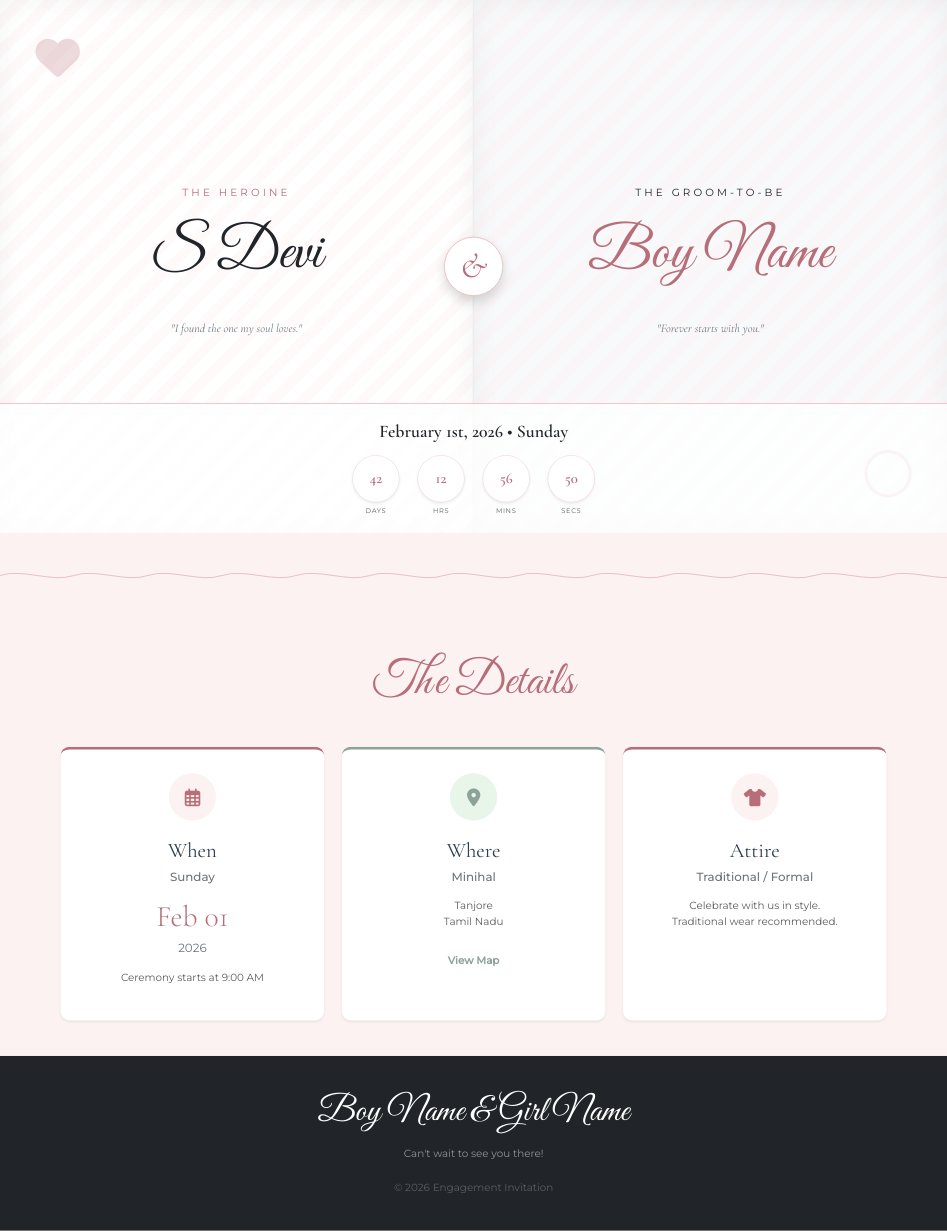
Repository: Eswar2585/Invitation
Page: index.html
An editor plug-in stored every save of this project. The page is shown before and after the next save, followed by the edit.
The browser window is 1280 px wide. The pictures show the whole page, at 74% of full size.

Above is the page before, as saved 2025-12-20 20:06:34.

### index.html
<!DOCTYPE html>
<html lang="en">
<head>
    <meta charset="UTF-8">
    <meta name="viewport" content="width=device-width, initial-scale=1.0">
    <title>Boy Name & Girl Name | Engagement Invitation</title>

    <!-- Bootstrap 5 CSS -->
    <link href="https://cdn.jsdelivr.net/npm/bootstrap@5.3.0/dist/css/bootstrap.min.css" rel="stylesheet">

    <!-- Font Awesome (for Icons) -->
    <link href="https://cdnjs.cloudflare.com/ajax/libs/font-awesome/6.0.0/css/all.min.css" rel="stylesheet">

    <!-- Google Fonts -->
    <link rel="preconnect" href="https://fonts.googleapis.com">
    <link rel="preconnect" href="https://fonts.gstatic.com" crossorigin>
    <link href="https://fonts.googleapis.com/css2?family=Cormorant+Garamond:ital,wght@0,300;0,400;0,600;1,400&family=Great+Vibes&family=Montserrat:wght@300;400;500&display=swap" rel="stylesheet">

    <link rel="stylesheet" href="style.css">
</head>
<body>

    <!-- Envelope Overlay -->
    <div id="envelopeOverlay" class="envelope-overlay">
        <div class="envelope-wrapper">
            <!-- Body -->
            <div class="envelope-body"></div>

            <!-- Letter -->
            <div id="letterPreview" class="letter-preview">
                <div class="letter-border">
                    <p class="font-sans text-muted text-uppercase small tracking-wide mb-1" style="letter-spacing: 0.2em; font-size: 10px;">Invitation</p>
                    <h2 class="font-script text-rose-gold m-0" style="font-size: 2rem; color: #B76E79;">S Devi</h2>
                    <span class="font-serif text-dark small">&</span>
                    <h2 class="font-script text-rose-gold m-0" style="font-size: 2rem; color: #B76E79;">S Rahul</h2>
                </div>
            </div>

            <!-- Flap -->
            <div id="envelopeFlap" class="envelope-flap"></div>

            <!-- Pocket -->
            <div class="envelope-pocket"></div>

            <!-- Ribbon -->
            <div id="ribbonVertical" class="ribbon-vertical"></div>

            <!-- Bow -->
            <div id="bowContainer" class="bow-container">
               <div class="bow-loop loop-left"></div>
               <div class="bow-knot"></div>
               <div class="bow-loop loop-right"></div>
            </div>
        </div>
    </div>

    <!-- Main Content -->
    <div id="mainContent" class="main-content">

        <!-- Split Screen Hero (50/50 Force) -->
        <div class="container-fluid p-0">
            <div class="row g-0 min-vh-100 position-relative w-100 m-0">

                <!-- Left Col - Girl Name -->
                <div class="col-6 bg-white paper-texture shadow-seam d-flex flex-column justify-content-center align-items-center text-center p-2 p-md-5 border-end animate-open-left position-relative z-1">
                    <div class="position-absolute top-0 start-0 p-3 p-md-5 opacity-25">
                        <i class="fas fa-heart text-rose-gold icon-size"></i>
                    </div>
                    <p class="title-text font-sans text-rose-gold text-uppercase small mb-2 mb-md-4" style="letter-spacing: 0.3em;">The Heroine </p>
                    <h1 class="name-text font-script text-dark mb-2 mb-md-4" style="z-index: 10; position: relative;">S Devi</h1>
                    <p class="quote-text font-serif fst-italic text-secondary mt-2 mt-md-3">"I found the one my soul loves."</p>
                </div>

                <!-- Center Ampersand -->
                <div class="ampersand-box position-absolute top-50 start-50 translate-middle z-3 bg-white rounded-circle shadow border border-danger-subtle d-flex align-items-center justify-content-center" style="width: 80px; height: 80px;">
                    <span class="ampersand-text font-serif fst-italic display-5 text-rose-gold">&</span>
                </div>

                <!-- Right Col - Boy Name -->
                <div class="col-6 bg-light paper-texture shadow-seam d-flex flex-column justify-content-center align-items-center text-center p-2 p-md-5 animate-open-right position-relative z-1">
                    <div class="position-absolute bottom-0 end-0 p-3 p-md-5 opacity-25">
                       <div class="ring-container border border-4 border-danger rounded-circle" style="border-color: #B76E79 !important;"></div>
                    </div>
                    <p class="title-text font-sans text-dark text-uppercase small mb-2 mb-md-4" style="letter-spacing: 0.3em;">The Groom-to-be</p>
                    <h1 class="name-text font-script text-rose-gold mb-2 mb-md-4" style="z-index: 10; position: relative;">Boy Name</h1>
                    <p class="quote-text font-serif fst-italic text-secondary mt-2 mt-md-3">"Forever starts with you."</p>
                </div>

                <!-- Bottom Countdown Overlay -->
                <div class="position-absolute bottom-0 start-0 w-100 z-3 bg-white bg-opacity-75 border-top border-danger-subtle py-4 backdrop-blur">
                    <div class="container text-center">
                        <p class="font-serif h4 text-dark fw-bold mb-3">February 1st, 2026 &bull; Sunday</p>
                        <div class="d-flex justify-content-center gap-3 gap-md-4" id="countdownContainer">
                            <!-- Countdown items injected by JS -->
                        </div>
                    </div>
                </div>

            </div>
        </div>

        <!-- Divider -->
        <div class="py-5" style="background-color: var(--soft-pink);">
            <div class="flower-divider"></div>
        </div>

        <!-- Details Section -->
        <section class="py-5 container" style="background-color: var(--soft-pink);">
            <h2 class="font-script display-3 text-center text-rose-gold mb-5">The Details</h2>

            <div class="row g-4 justify-content-center">
                <!-- When -->
                <div class="col-md-4">
                    <div class="details-card text-center h-100">
                        <div class="details-icon">
                            <i class="far fa-calendar-alt"></i>
                        </div>
                        <h3 class="font-serif h3 mb-2">When</h3>
                        <p class="font-sans text-secondary fw-medium">Sunday</p>
                        <p class="font-serif display-6 text-rose-gold my-2">Feb 01</p>
                        <p class="font-sans text-secondary">2026</p>
                        <p class="font-sans small text-muted mt-3">Ceremony starts at 9:00 AM</p>
                    </div>
                </div>

                <!-- Where -->
                <div class="col-md-4">
                    <div class="details-card text-center h-100" style="border-top-color: var(--sage);">
                        <div class="details-icon" style="color: var(--sage); background-color: #e8f5e9;">
                            <i class="fas fa-map-marker-alt"></i>
                        </div>
                        <h3 class="font-serif h3 mb-2">Where</h3>
                        <p class="font-sans text-secondary fw-medium">Minihal</p>
                        <p class="font-sans text-muted mt-2 small">
                            Tanjore<br/>
                            Tamil Nadu
                        </p>
                        <a href="#" class="d-inline-block mt-3 text-decoration-none fw-bold" style="color: var(--sage); font-size: 0.875rem;">View Map</a>
                    </div>
                </div>

                <!-- Attire -->
                <div class="col-md-4">
                    <div class="details-card text-center h-100">
                        <div class="details-icon">
                            <i class="fas fa-tshirt"></i>
                        </div>
                        <h3 class="font-serif h3 mb-2">Attire</h3>
                        <p class="font-sans text-secondary fw-medium">Traditional / Formal</p>
                        <p class="font-sans text-muted mt-2 small">
                            Celebrate with us in style.<br/>
                            Traditional wear recommended.
                        </p>
                    </div>
                </div>
            </div>
        </section>

        <!-- Footer -->
        <footer class="bg-dark text-white py-5 text-center">
            <h2 class="font-script display-5 mb-3">Boy Name & Girl Name</h2>
            <p class="font-sans small opacity-50">Can't wait to see you there!</p>
            <div class="mt-4 small opacity-25">
                &copy; 2026 Engagement Invitation
            </div>
        </footer>
    </div>

    <!-- JavaScript Logic -->
 <script src="script.js"></script>
</body>
</html>

### style.css
    :root {
            --rose-gold: #B76E79;
            --soft-pink: #FDF2F2;
            --charcoal: #2C3E50;
            --sage: #8DA399;
            --envelope-body: #fceeee;
            --envelope-flap: #eecbcb;
        }

        body {
            margin: 0;
            padding: 0;
            width: 100%;
            height: 100%;
            font-family: 'Montserrat', sans-serif;
            background-color: var(--soft-pink);
            color: var(--charcoal);
            overflow-x: hidden;
        }

        /* Typography */
        .font-script { font-family: 'Great Vibes', cursive; font-weight: 400; }
        .font-serif { font-family: 'Cormorant Garamond', serif; }

        /* Responsive Font Sizes for Split Layout */
        @media (max-width: 768px) {
            .name-text { font-size: 2.2rem !important; line-height: 1.2; }
            .title-text { font-size: 0.6rem !important; letter-spacing: 0.15em !important; }
            .quote-text { font-size: 0.75rem !important; }
            .ampersand-box { width: 50px !important; height: 50px !important; }
            .ampersand-text { font-size: 1.5rem !important; }
            .icon-size { font-size: 30px !important; }
            .ring-container { width: 40px !important; height: 40px !important; }
        }

        @media (min-width: 769px) {
            .name-text { font-size: 5rem; }
            .icon-size { font-size: 60px; }
            .ring-container { width: 64px; height: 64px; }
        }

        /* Custom Utilities */
        .text-rose-gold { color: var(--rose-gold) !important; }
        .bg-rose-gold { background-color: var(--rose-gold); }
        .text-sage { color: var(--sage); }

        .paper-texture {
            background-color: #ffffff;
            background-image: url("data:[embedded picture, 236 characters]");
        }
        .shadow-seam { box-shadow: inset 0 0 40px rgba(0,0,0,0.05); }

        /* --- Envelope Animation Classes --- */
        .envelope-overlay {
            position: fixed;
            top: 0;
            left: 0;
            width: 100vw;
            height: 100vh;
            background-color: var(--soft-pink);
            z-index: 2000;
            display: flex;
            align-items: center;
            justify-content: center;
            perspective: 1500px;
            transition: opacity 1s ease-out, transform 1s ease-in;
        }

        .envelope-overlay.hidden {
            opacity: 0;
            transform: scale(1.5);
            pointer-events: none;
        }

        .envelope-wrapper {
            position: relative;
            width: 300px;
            height: 200px;
            transform-style: preserve-3d;
            margin-top: 3rem;
        }

        @media (min-width: 768px) {
            .envelope-wrapper { width: 500px; height: 330px; }
        }

        .envelope-body {
            position: absolute;
            width: 100%;
            height: 100%;
            background-color: var(--envelope-body);
            z-index: 10;
            border-radius: 4px;
            box-shadow: 0 1rem 3rem rgba(0,0,0,0.175);
        }

        .letter-preview {
            position: absolute;
            top: 8px; left: 8px; right: 8px; bottom: 8px;
            background: white;
            z-index: 20;
            display: flex;
            flex-direction: column;
            align-items: center;
            justify-content: center;
            text-align: center;
            box-shadow: 0 0.125rem 0.25rem rgba(0,0,0,0.075);
            transition: transform 1.4s cubic-bezier(0.25, 1, 0.5, 1);
        }

        .letter-preview.slide-up {
            transform: translateY(-190px) scale(1.05);
        }

        .letter-border {
            border: 2px solid var(--rose-gold);
            width: 90%;
            height: 90%;
            display: flex;
            flex-direction: column;
            align-items: center;
            justify-content: center;
            padding: 0.5rem;
        }

        .envelope-flap {
            position: absolute;
            top: 0; left: 0;
            width: 0; height: 0;
            border-left: 150px solid transparent;
            border-right: 150px solid transparent;
            border-top: 110px solid var(--envelope-flap);
            transform-origin: top;
            transition: transform 0.7s ease-in-out, z-index 0.7s;
            z-index: 50;
        }

        @media (min-width: 768px) {
            .envelope-flap {
                border-left: 250px solid transparent;
                border-right: 250px solid transparent;
                border-top: 180px solid var(--envelope-flap);
            }
        }

        .envelope-flap.open {
            transform: rotateX(180deg);
            z-index: 1;
        }

        .envelope-pocket {
            position: absolute;
            bottom: 0; left: 0;
            width: 0; height: 0;
            border-left: 150px solid transparent;
            border-right: 150px solid transparent;
            border-bottom: 110px solid var(--envelope-body);
            z-index: 40;
            pointer-events: none;
            filter: brightness(0.95);
        }

        @media (min-width: 768px) {
            .envelope-pocket {
                border-left: 250px solid transparent;
                border-right: 250px solid transparent;
                border-bottom: 180px solid var(--envelope-body);
            }
        }

        /* Ribbon Styles */
        .ribbon-vertical {
            position: absolute;
            top: 0; left: 50%;
            transform: translateX(-50%);
            width: 30px; height: 100%;
            background: linear-gradient(to right, #ffcdd2, #e57373, #ffcdd2);
            z-index: 60;
            box-shadow: 0 0.125rem 0.25rem rgba(0,0,0,0.1);
            transition: opacity 0.5s ease;
        }

        .ribbon-vertical.fade-out {
            opacity: 0;
        }

        .bow-container {
            position: absolute;
            top: 45%; left: 50%;
            transform: translate(-50%, -50%);
            z-index: 70;
            display: flex;
            align-items: center;
            justify-content: center;
            transition: all 0.5s ease-in;
        }

        .bow-container.untied {
            opacity: 0;
            transform: translate(-50%, -150%) scale(1.5);
        }

        .bow-loop {
            width: 50px; height: 50px;
            background: linear-gradient(135deg, #e57373, #ffcdd2);
            box-shadow: 2px 2px 5px rgba(0,0,0,0.2);
        }
        .loop-left { border-radius: 50px 50px 50px 0; transform: rotate(-45deg); margin-right: -4px; }
        .loop-right { border-radius: 50px 50px 0 50px; transform: rotate(135deg); margin-left: -4px; }
        .bow-knot { width: 15px; height: 15px; background: #ef5350; border-radius: 50%; z-index: 80; }

        /* --- Main Page Animations --- */
        .main-content {
            transition: opacity 1s ease;
            width: 100%;
            opacity: 0;
            visibility: hidden;
        }
        .main-content.visible {
            opacity: 1;
            visibility: visible;
        }

        @keyframes slideInLeft {
            0% { transform: translateX(-50px); opacity: 0; }
            100% { transform: translateX(0); opacity: 1; }
        }
        @keyframes slideInRight {
            0% { transform: translateX(50px); opacity: 0; }
            100% { transform: translateX(0); opacity: 1; }
        }

        .animate-open-left { animation: slideInLeft 1.5s cubic-bezier(0.25, 1, 0.5, 1) forwards; }
        .animate-open-right { animation: slideInRight 1.5s cubic-bezier(0.25, 1, 0.5, 1) forwards; }

        .flower-divider {
            background-image: url('data:[embedded picture, 234 characters]');
            background-repeat: repeat-x;
            height: 20px;
            width: 100%;
            opacity: 0.5;
        }

        .countdown-box {
            width: 3rem; height: 3rem;
            background: white;
            border: 1px solid rgba(183, 110, 121, 0.2);
            border-radius: 50%;
            display: flex;
            align-items: center;
            justify-content: center;
            margin-bottom: 0.25rem;
        }
        @media (min-width: 768px) {
            .countdown-box { width: 4rem; height: 4rem; }
        }

        .details-card {
            background: white;
            padding: 2rem;
            border-radius: 0.75rem;
            border-top: 4px solid var(--rose-gold);
            box-shadow: 0 0.125rem 0.25rem rgba(0,0,0,0.075);
            transition: transform 0.3s;
        }
        .details-card:hover { transform: translateY(-5px); box-shadow: 0 0.5rem 1rem rgba(0,0,0,0.15); }
        .details-icon {
            width: 4rem; height: 4rem;
            background-color: var(--soft-pink);
            color: var(--rose-gold);
            border-radius: 50%;
            display: flex;
            align-items: center;
            justify-content: center;
            margin: 0 auto 1.5rem auto;
            font-size: 1.5rem;
        }

### script.js
 document.addEventListener('DOMContentLoaded', () => {
            // --- Animation Sequence ---
            const bowContainer = document.getElementById('bowContainer');
            const ribbonVertical = document.getElementById('ribbonVertical');
            const envelopeFlap = document.getElementById('envelopeFlap');
            const letterPreview = document.getElementById('letterPreview');
            const envelopeOverlay = document.getElementById('envelopeOverlay');
            const mainContent = document.getElementById('mainContent');

            // 1. Untie Bow (1000ms)
            setTimeout(() => {
                bowContainer.classList.add('untied');
                ribbonVertical.classList.add('fade-out');
            }, 1000);

            // 2. Open Flap (1600ms)
            setTimeout(() => {
                envelopeFlap.classList.add('open');
            }, 1600);

            // 3. Slide Letter Up (2200ms)
            setTimeout(() => {
                letterPreview.classList.add('slide-up');
            }, 2200);

            // 4. Reveal Main Content (3800ms)
            setTimeout(() => {
                envelopeOverlay.classList.add('hidden');
                mainContent.classList.add('visible');

                // Cleanup overlay after transition
                setTimeout(() => {
                    envelopeOverlay.style.display = 'none';
                }, 1000);
            }, 3800);

            // --- Countdown Logic ---
            const eventDate = new Date(2026, 1, 1, 9, 0, 0).getTime(); // Feb 1, 2026 (Month is 0-indexed: 1 = Feb)
            const countdownContainer = document.getElementById('countdownContainer');

            function updateCountdown() {
                const now = new Date().getTime();
                const distance = eventDate - now;

                if (distance < 0) {
                    countdownContainer.innerHTML = '<div class="text-rose-gold h4">We are Engaged!</div>';
                    return;
                }

                const days = Math.floor(distance / (1000 * 60 * 60 * 24));
                const hours = Math.floor((distance % (1000 * 60 * 60 * 24)) / (1000 * 60 * 60));
                const minutes = Math.floor((distance % (1000 * 60 * 60)) / (1000 * 60));
                const seconds = Math.floor((distance % (1000 * 60)) / 1000);

                const timeUnits = [
                    { label: 'Days', value: days },
                    { label: 'Hrs', value: hours },
                    { label: 'Mins', value: minutes },
                    { label: 'Secs', value: seconds }
                ];

                let html = '';
                timeUnits.forEach(unit => {
                    html += `
                        <div class="d-flex flex-column align-items-center">
                            <div class="countdown-box shadow-sm">
                                <span class="font-serif h5 text-rose-gold fw-bold m-0">${unit.value}</span>
                            </div>
                            <span class="font-sans text-uppercase text-muted" style="font-size: 9px; letter-spacing: 0.1em;">${unit.label}</span>
                        </div>
                    `;
                });

                countdownContainer.innerHTML = html;
            }

            setInterval(updateCountdown, 1000);
            updateCountdown(); // Initial call
        });

After the next save:
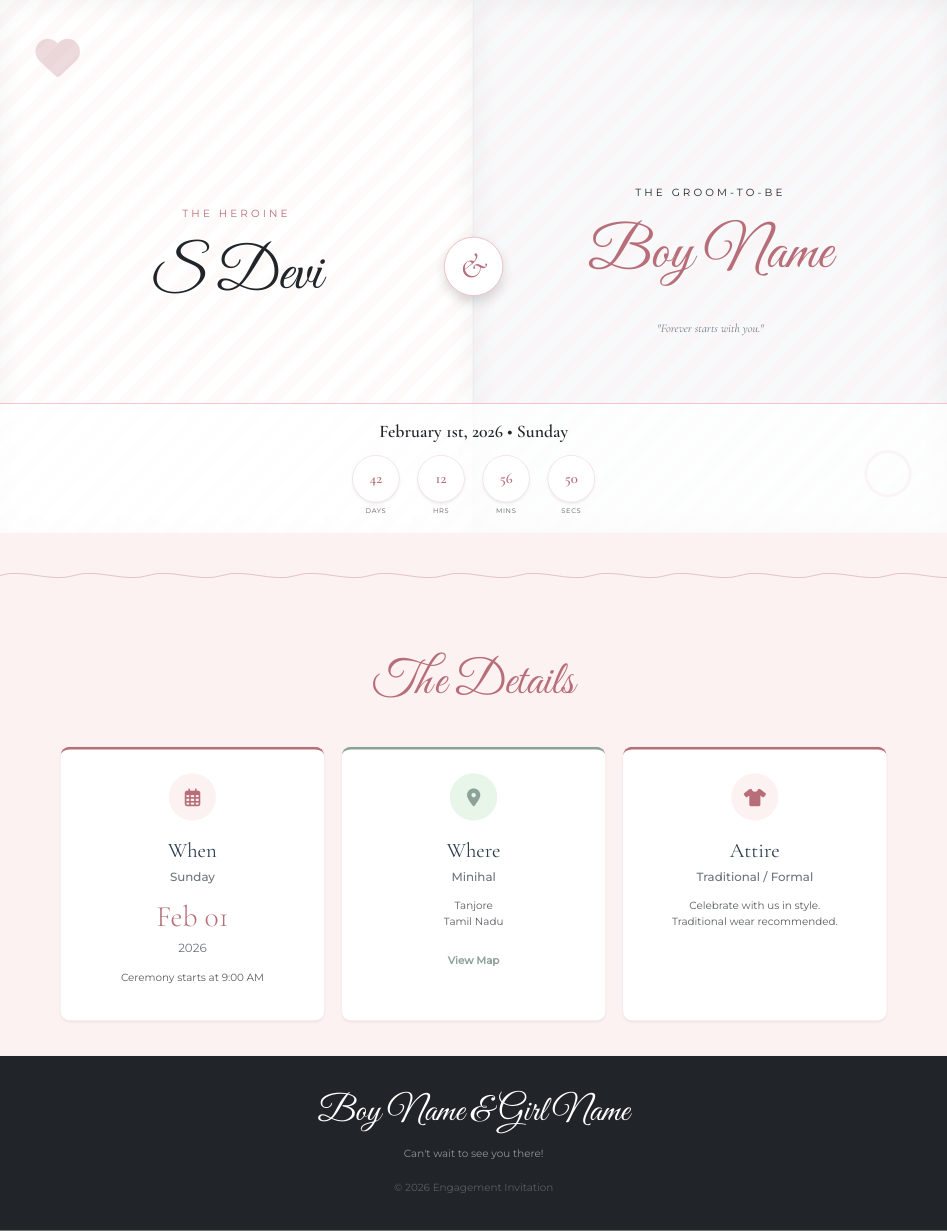
Saved 45 s later.
--- a/index.html
+++ b/index.html
@@ -68,7 +68,7 @@
                     </div>
                     <p class="title-text font-sans text-rose-gold text-uppercase small mb-2 mb-md-4" style="letter-spacing: 0.3em;">The Heroine </p>
                     <h1 class="name-text font-script text-dark mb-2 mb-md-4" style="z-index: 10; position: relative;">S Devi</h1>
-                    <p class="quote-text font-serif fst-italic text-secondary mt-2 mt-md-3">"I found the one my soul loves."</p>
+
                 </div>
 
                 <!-- Center Ampersand -->
